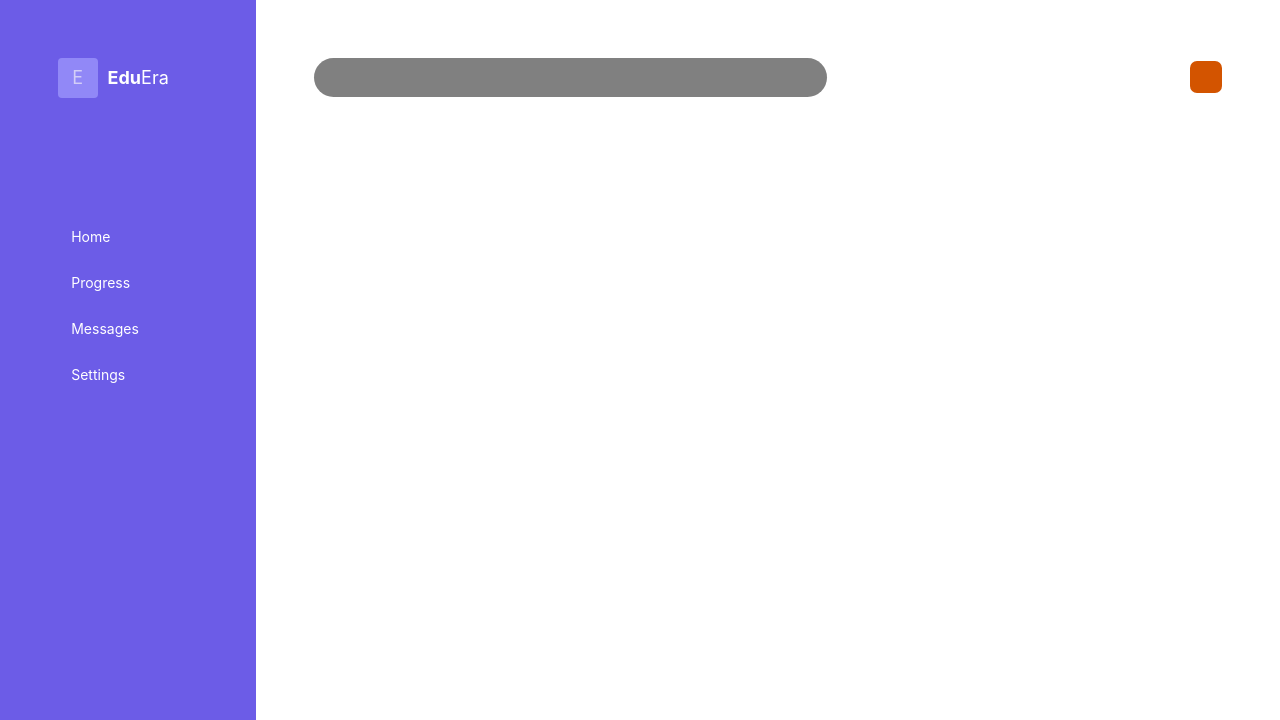
Repository: huynhnt1406/coursestorage
Page: / (app in coursestorage/)
An editor plug-in stored every save of this project. The page is shown before and after the next save, followed by the edit.
The browser window is 1280 px wide. The pictures show the whole page.
The project was rebuilt for these pictures with package versions that can differ from the ones it lists, and the page was loaded fresh each time.

Above is the page before, as saved 2021-05-01 16:48:22.

### coursestorage/src/main.js
import Vue from 'vue'
import App from './App.vue'
import 'ant-design-vue/dist/antd.css'
import Antd from 'ant-design-vue';
Vue.config.productionTip = false
Vue.use(Antd);
new Vue({
  render: h => h(App),
}).$mount('#app')

### coursestorage/src/App.vue
<template>
  <div class="container">
    <div class="sidebar">
      <Sidebar/>
    </div>
    <div class="main">
      <SearchBar/>
    </div>
  </div>
</template>

<script>
import Sidebar from './components/Sidebar'
import SearchBar from './components/SearchBar'
export default {
  components:{
    Sidebar,
    SearchBar
  }
}
</script>

<style>
*{
  margin:0
}
.container{
  background-color:white;
  min-height: 100vh;
  display: flex;
}
.main{
  flex:0.8;
}
</style>

### coursestorage/src/components/Sidebar.vue
<template>
  <div class="sidebar">
      <div class="sidebar-header">
          <a-avatar shape="square" size="large" style="backgroundColor:#a29bfe ; opacity:0.7 ; marginRight:10px">E</a-avatar>
          <span><strong>Edu</strong>Era</span>
      </div>
      <div class="sidebar-links">
          <div class="link">
              <a-icon style="color:#a29bfe ; opacity:0.7" type="appstore"/>
              <span>Home</span>
          </div>
           <div class="link">
               <a-icon style="color:#a29bfe ; opacity:0.7" type="bar-chart" />
              <span>Progress</span>
          </div>
           <div class="link">
               <a-icon style="color:#a29bfe ; opacity:0.7" type="message" />
                <span>Messages</span>
          </div>
           <div class="link">
                <a-icon style="color:#a29bfe ; opacity:0.7" type="setting" />
              <span>Settings</span>
          </div>
      </div>
  </div>
</template>

<script>
export default {

}
</script>

<style>
.sidebar{
    flex:0.2;
    background-color:#6c5ce7;
}
.sidebar-header{
    display: flex;
    align-items: center;
    padding:8vh 0 8vh 8vh
}
.sidebar-header span{
    color:white;
    font-size: large;
}
.sidebar-links{
    padding:8.5vh;
}
.link{
    display: flex;
    margin-bottom:5px;
    align-items: center;
    padding:10px 0 10px 0;
    color:white;
}
.link span{
    margin-left:10px;
}
.link:hover{
    color:#d35400;
    cursor: pointer;
}
</style>

### coursestorage/src/components/SearchBar.vue
<template>
  <div class="searchbar">
    <div class="search-tool">
        <a-icon type="search" />
        <input type="text" >
    </div>
    <div class="icons">
        <a-avatar shape="square" icon="user" type="user" size="45px" style="color:black ;backgroundColor:white; border-radius:7px "  />
        <a-avatar shape="square" size="45px" style="backgroundColor:#d35400 ;border-radius:7px " icon="fire" />
    </div>
  </div>
</template>

<script>
export default {

}
</script>

<style>
.searchbar{
    padding:8vh;
    display: flex;
    justify-content: space-between;
    align-items: center;
    flex:1;
}
.search-tool {
    background-color: gray;
    padding:8px;
    flex:0.6;
    border-radius: 20px;
}
.search-tool input{
    width: 90%;
    background-color: transparent;
    border:none;
}
</style>

Loaded but not shown: coursestorage/public/index.html (common file)

After the next save:
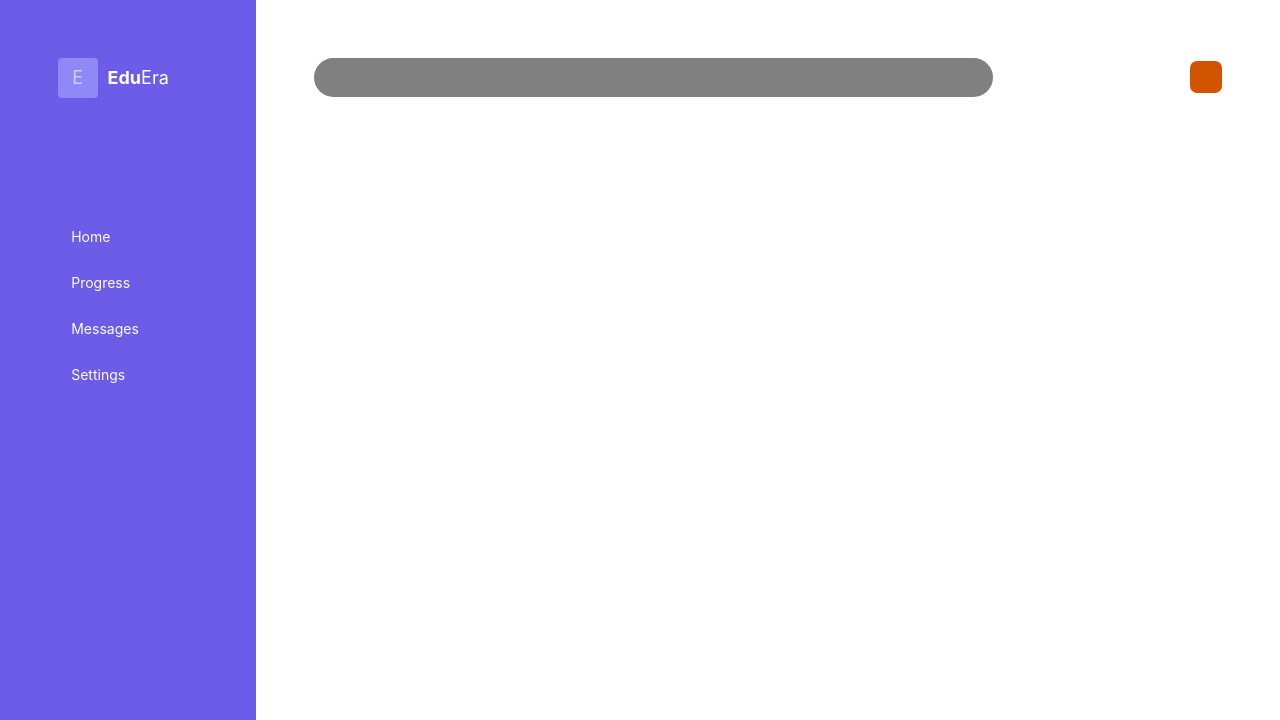
Saved 9 s later.
--- a/coursestorage/src/components/SearchBar.vue
+++ b/coursestorage/src/components/SearchBar.vue
@@ -28,7 +28,7 @@
 .search-tool {
     background-color: gray;
     padding:8px;
-    flex:0.6;
+    flex:0.8;
     border-radius: 20px;
 }
 .search-tool input{
